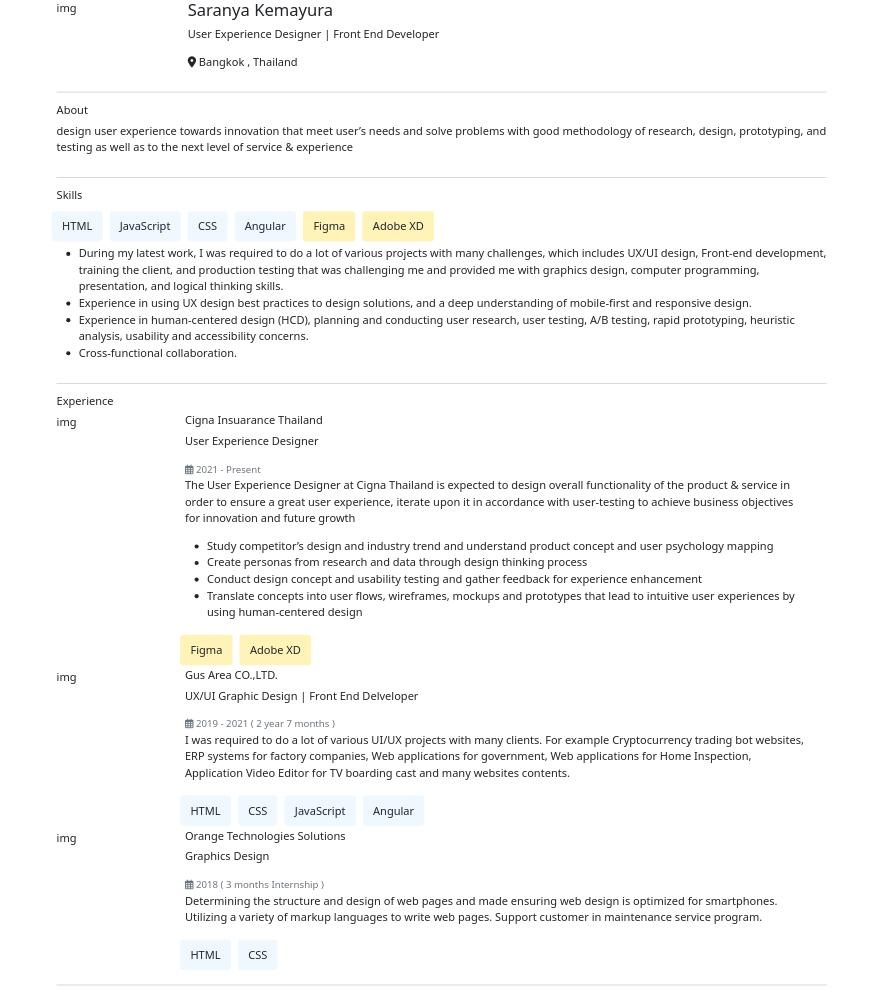
Repository: 0910th/portfolio
Page: index.html
An editor plug-in stored every save of this project. The page is shown before and after the next save, followed by the edit.
The browser window is 1280 px wide. The pictures show the whole page, at 69% of full size.

Above is the page before, as saved 2022-12-12 12:41:38.

### index.html
<!doctype html>
<html lang="en">

<head>
    <meta charset="utf-8">
    <meta name="viewport" content="width=device-width, initial-scale=1">
    <title>Saranya Portfolio</title>

    <link href="./css/bootstrap.min.css" rel="stylesheet" crossorigin="anonymous">
    <link href="./css/mystyle.css" rel="stylesheet" crossorigin="anonymous">
    <!--font awesome -->
    <link rel="stylesheet" href="./fontawesome/css/all.css" type="text/css">
    <link rel="stylesheet" href="./fontawesome/css/fontawesome.css">
    <link rel="stylesheet" href="./fontawesome/css/brands.css">
    <link rel="stylesheet" href="./fontawesome/css/solid.css">
</head>

<body>

    <div class="container-md">
        <!-- Content here -->
        <!-- section01 Name  -->
        <div class="row justify-content-start">
            <div class="col-2 text-right">
                img
            </div>
            <div class="col-10">
                <h4>Saranya Kemayura</h4>
                <p>User Experience Designer | Front End Developer</p>
                <p><i class="fa-solid fa-location-dot"></i> Bangkok , Thailand </p>
            </div>

        </div>
        <hr>
        <div class="row">

            <h6>About</h6>
            <p>design user experience towards innovation that meet user’s needs and solve problems with good methodology of
                research,
                design, prototyping, and testing as well as to the next level of service & experience</p>
        </div>
        <hr>
        <div class="row">
            <h6>Skills</h6>
            <div class="badge-text code">HTML</div>
            <div class="badge-text code">JavaScript</div>
            <div class="badge-text code">CSS</div>
            <div class="badge-text code">Angular</div>
            <div class="badge-text design">Figma</div>
            <div class="badge-text design">Adobe XD</div>
            <div class="text-list">
                <ul>
                    <li> During my latest work, I was required to do a lot of various projects with many challenges, which includes UX/UI design,
                    Front-end development, training the client, and production testing that was challenging me and provided me with graphics
                    design, computer programming, presentation, and logical thinking skills.</li>
                    <li> Experience in using UX design best practices to design solutions, and a deep understanding of mobile-first and
                    responsive design.</li>
                    <li> Experience in human-centered design (HCD), planning and conducting user research, user testing, A/B testing, rapid
                    prototyping, heuristic analysis, usability and accessibility concerns.</li>
                    <li> Cross-functional collaboration.</li>
                </ul>
            </div>
        </div>
        <hr>
        <div class="row">

            <h6>Experience</h6>
            <div class="row">
                <div class="col-2 ">
                    img
                </div>
                <div class="col-10">
                    <h6> Cigna Insuarance Thailand </h6>
                    <p> User Experience Designer </p>
                    <small class="text-muted"> <i class="fa-regular fa-calendar-days"></i> 2021 - Present </small>

                    <p > The User Experience Designer at Cigna Thailand is expected to design overall functionality of the product & service in
                    order to ensure a great user experience, iterate upon it in accordance with user-testing to achieve business objectives
                    for innovation and future growth </p>
                        <ul>
                            <li>Study competitor’s design and industry trend and understand product concept and user psychology mapping</li>
                            <li>Create personas from research and data through design thinking process</li>
                            <li>Conduct design concept and usability testing and gather feedback for experience enhancement</li>
                            <li>Translate concepts into user flows, wireframes, mockups and prototypes that lead to intuitive user experiences by
                            using human-centered design</li>
                        </ul>
                        <div class="row">
                            <div class="badge-text design">Figma</div>
                            <div class="badge-text design">Adobe XD</div>

                        </div>
                </div>

            </div>
            <div class="row">
                <div class="col-2 ">
                    img
                </div>
                <div class="col-10">
                    <h6> Gus Area CO.,LTD.   </h6>
                    <p> UX/UI Graphic Design | Front End Delveloper </p>
                    <small class="text-muted"> <i class="fa-regular fa-calendar-days"></i> 2019 - 2021 ( 2 year 7 months ) </small>

                    <p> I was required to do a lot of various UI/UX projects with many clients. For example Cryptocurrency trading bot websites,
                    ERP systems for factory companies, Web applications for government, Web applications for Home Inspection, Application
                    Video Editor for TV boarding cast and many websites contents.  </p>
                    <div class="row">
                        <div class="badge-text code">HTML</div>
                        <div class="badge-text code">CSS</div>
                        <div class="badge-text code">JavaScript</div>
                        <div class="badge-text code">Angular</div>
                    </div>


                </div>

            </div>
            <div class="row">
                <div class="col-2 ">
                    img
                </div>
                <div class="col-10">
                    <h6> Orange Technologies Solutions  </h6>
                    <p> Graphics Design </p>
                    <small class="text-muted"> <i class="fa-regular fa-calendar-days"></i> 2018 ( 3 months Internship ) </small>

                    <p> Determining the structure and design of web pages and made
                        ensuring web design is optimized for smartphones. Utilizing a variety of
                        markup languages to write web pages. Support customer in maintenance
                        service program. </p>
                    <div class="row">
                        <div class="row">
                            <div class="badge-text code">HTML</div>
                            <div class="badge-text code">CSS</div>

                        </div>
                    </div>
                </div>

            </div>
        </div>
        <hr>

    </div>




    <!-- script -->
    <script src="https://cdn.jsdelivr.net/npm/@popperjs/core@2.11.6/dist/umd/popper.min.js"
        integrity="sha384-oBqDVmMz9ATKxIep9tiCxS/Z9fNfEXiDAYTujMAeBAsjFuCZSmKbSSUnQlmh/jp3"
        crossorigin="anonymous"></script>
    <script src="https://cdn.jsdelivr.net/npm/bootstrap@5.2.3/dist/js/bootstrap.min.js"
        integrity="sha384-cuYeSxntonz0PPNlHhBs68uyIAVpIIOZZ5JqeqvYYIcEL727kskC66kF92t6Xl2V"
        crossorigin="anonymous"></script>
</body>

</html>

### css/mystyle.css
.badge-text {
    padding: 10px 15px;
    margin: 5px 5px;
    border-radius: 5px;
    width: max-content;

}
.badge-text.code {
    background-color: #f0f8ff;
}
.badge-text.design {
    background-color: #fff3b7;
}
.text-list ul li {
    /* list-style: none; */
}

Loaded but not shown: css/bootstrap.min.css (library); fontawesome/css/all.css (library); fontawesome/css/fontawesome.css (library); fontawesome/css/solid.css (common file); fontawesome/css/brands.css (1432 lines, source omitted)

After the next save:
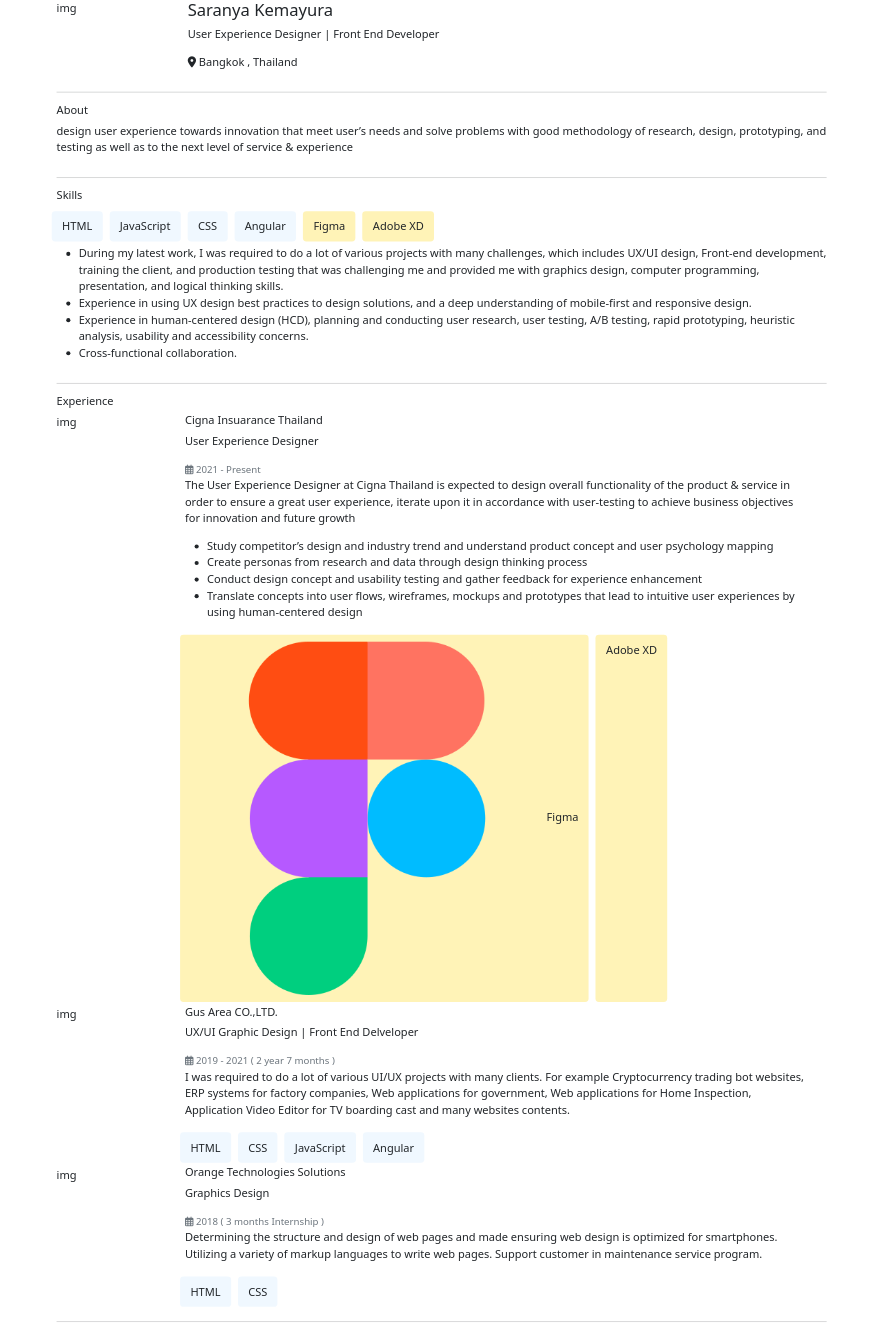
Saved 90 min 9 s later.
--- a/index.html
+++ b/index.html
@@ -85,7 +85,7 @@
                             using human-centered design</li>
                         </ul>
                         <div class="row">
-                            <div class="badge-text design">Figma</div>
+                            <div class="badge-text design"><img src="/images/figma.png" class="icon-logo"> Figma</div>
                             <div class="badge-text design">Adobe XD</div>
 
                         </div>
